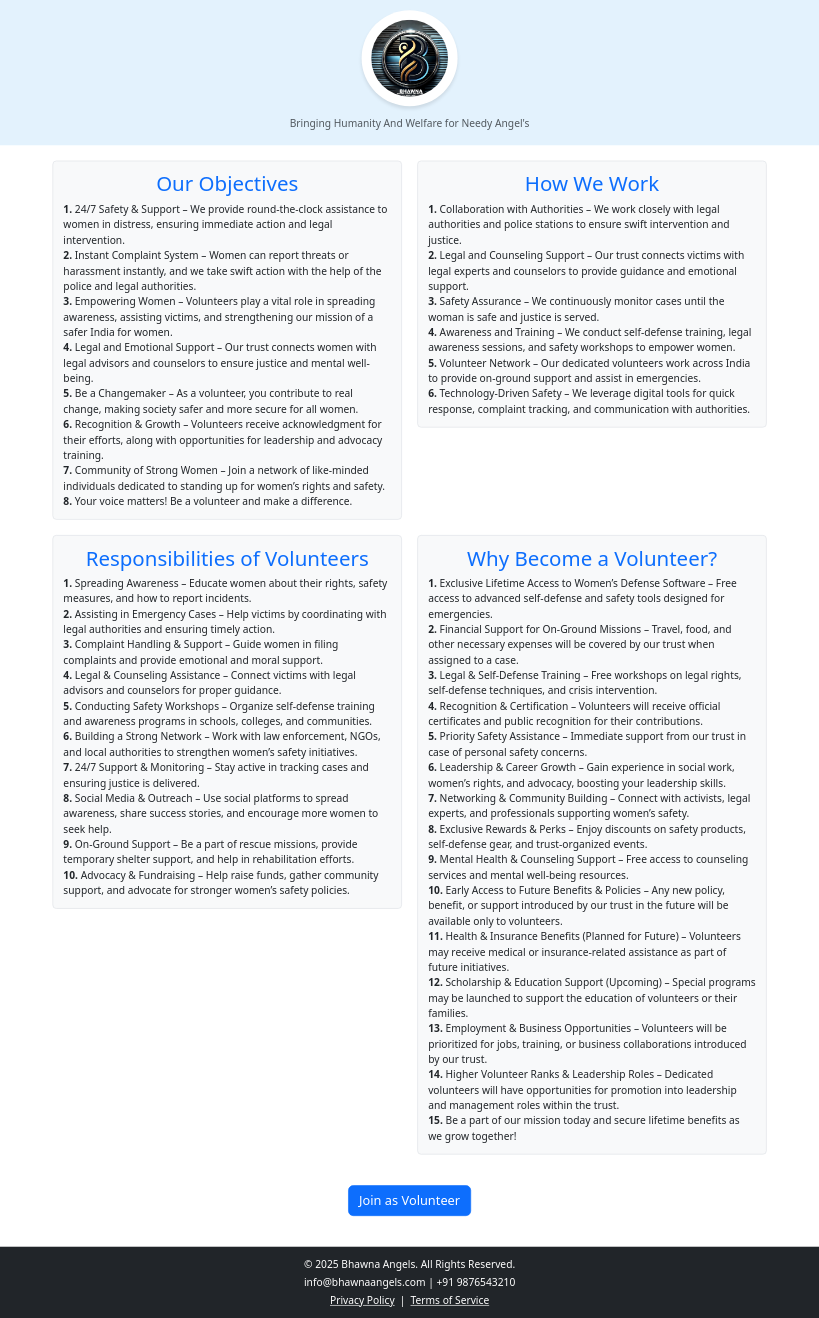
Repository: cloudwithbhawna/trust
Page: / (app in react/)
These files come from the project's save history. The page is drawn as it stood at one moment and after the next save; the edit follows.
The browser window is 1280 px wide. The pictures show the whole page, at 64% of full size.
The project was rebuilt for these pictures with package versions that can differ from the ones it lists, and the page was loaded fresh each time. Also part of the build but not shown: react/vite.config.js, react/src/index.css, react/src/pages/RegistrationPage.jsx.

Above is the page before, as saved 2025-03-08 22:48:51.

### react/src/App.jsx
import React from "react";
import { BrowserRouter as Router, Route, Routes } from "react-router-dom";
import "bootstrap/dist/css/bootstrap.min.css";
import Navbar from "./components/Navbar";
import HomePage from "./pages/HomePage";
import RegistrationPage from "./pages/RegistrationPage";
import Footer from "./components/Footer";
// import About from "./pages/About";
// import Contact from "./pages/Contact";

const App = () => {
  return (
    <Router>
      <Navbar />
      <Routes>
        <Route path="/" element={<HomePage />} />
        <Route path="/register" element={<RegistrationPage />} />
        {/* <Route path="/about" element={<About />} />
        <Route path="/contact" element={<Contact />} /> */}
      </Routes>
      <Footer/>
    </Router>
  );
};

export default App;

### react/src/components/Navbar.jsx
import React from "react";
import { Navbar as BootstrapNavbar, Nav, Container } from "react-bootstrap";
import logo from '../assets/poster/logo.jpg';

const Navbar = () => {
  return (
    <BootstrapNavbar expand="lg" className="py-3" style={{ backgroundColor: "#e3f2fd" }}>
      <Container className="d-flex flex-column align-items-center">
        {/* Logo Section */}
        <div className="d-flex flex-column align-items-center text-center">
          <div
            style={{
              width: "150px",
              height: "150px",
              borderRadius: "50%",
              backgroundColor: "#fff",
              display: "flex",
              alignItems: "center",
              justifyContent: "center",
              boxShadow: "0 4px 6px rgba(0,0,0,0.1)",
              marginBottom: "10px"
            }}
          >
            <img
              src={logo}
              alt="Logo"
              style={{
                width: "80%",
                height: "80%",
                borderRadius: "50%",
                objectFit: "cover"
              }}
            />
          </div>
          <h6 className="text-muted mt-2">Bringing Humanity And Welfare for Needy Angel's</h6>
        </div>
      </Container>
    </BootstrapNavbar>
  );
};

export default Navbar;

### react/src/pages/HomePage.jsx
import React from 'react';
import 'bootstrap/dist/css/bootstrap.min.css';

const HomePage = () => {
  // Static content
  const content = {
    objectives: [
      "24/7 Safety & Support – We provide round-the-clock assistance to women in distress, ensuring immediate action and legal intervention.",
      "Instant Complaint System – Women can report threats or harassment instantly, and we take swift action with the help of the police and legal authorities.",
      "Empowering Women – Volunteers play a vital role in spreading awareness, assisting victims, and strengthening our mission of a safer India for women.",
      "Legal and Emotional Support – Our trust connects women with legal advisors and counselors to ensure justice and mental well-being.",
      "Be a Changemaker – As a volunteer, you contribute to real change, making society safer and more secure for all women.",
      "Recognition & Growth – Volunteers receive acknowledgment for their efforts, along with opportunities for leadership and advocacy training.",
      "Community of Strong Women – Join a network of like-minded individuals dedicated to standing up for women’s rights and safety.",
      "Your voice matters! Be a volunteer and make a difference."
    ],
    how_we_work: [
      "Collaboration with Authorities – We work closely with legal authorities and police stations to ensure swift intervention and justice.",
      "Legal and Counseling Support – Our trust connects victims with legal experts and counselors to provide guidance and emotional support.",
      "Safety Assurance – We continuously monitor cases until the woman is safe and justice is served.",
      "Awareness and Training – We conduct self-defense training, legal awareness sessions, and safety workshops to empower women.",
      "Volunteer Network – Our dedicated volunteers work across India to provide on-ground support and assist in emergencies.",
      "Technology-Driven Safety – We leverage digital tools for quick response, complaint tracking, and communication with authorities."
    ],
    responsibilities: [
      "Spreading Awareness – Educate women about their rights, safety measures, and how to report incidents.",
      "Assisting in Emergency Cases – Help victims by coordinating with legal authorities and ensuring timely action.",
      "Complaint Handling & Support – Guide women in filing complaints and provide emotional and moral support.",
      "Legal & Counseling Assistance – Connect victims with legal advisors and counselors for proper guidance.",
      "Conducting Safety Workshops – Organize self-defense training and awareness programs in schools, colleges, and communities.",
      "Building a Strong Network – Work with law enforcement, NGOs, and local authorities to strengthen women’s safety initiatives.",
      "24/7 Support & Monitoring – Stay active in tracking cases and ensuring justice is delivered.",
      "Social Media & Outreach – Use social platforms to spread awareness, share success stories, and encourage more women to seek help.",
      "On-Ground Support – Be a part of rescue missions, provide temporary shelter support, and help in rehabilitation efforts.",
      "Advocacy & Fundraising – Help raise funds, gather community support, and advocate for stronger women’s safety policies."
    ],
    why_volunteer: [
      "Exclusive Lifetime Access to Women’s Defense Software – Free access to advanced self-defense and safety tools designed for emergencies.",
      "Financial Support for On-Ground Missions – Travel, food, and other necessary expenses will be covered by our trust when assigned to a case.",
      "Legal & Self-Defense Training – Free workshops on legal rights, self-defense techniques, and crisis intervention.",
      "Recognition & Certification – Volunteers will receive official certificates and public recognition for their contributions.",
      "Priority Safety Assistance – Immediate support from our trust in case of personal safety concerns.",
      "Leadership & Career Growth – Gain experience in social work, women’s rights, and advocacy, boosting your leadership skills.",
      "Networking & Community Building – Connect with activists, legal experts, and professionals supporting women’s safety.",
      "Exclusive Rewards & Perks – Enjoy discounts on safety products, self-defense gear, and trust-organized events.",
      "Mental Health & Counseling Support – Free access to counseling services and mental well-being resources.",
      "Early Access to Future Benefits & Policies – Any new policy, benefit, or support introduced by our trust in the future will be available only to volunteers.",
      "Health & Insurance Benefits (Planned for Future) – Volunteers may receive medical or insurance-related assistance as part of future initiatives.",
      "Scholarship & Education Support (Upcoming) – Special programs may be launched to support the education of volunteers or their families.",
      "Employment & Business Opportunities – Volunteers will be prioritized for jobs, training, or business collaborations introduced by our trust.",
      "Higher Volunteer Ranks & Leadership Roles – Dedicated volunteers will have opportunities for promotion into leadership and management roles within the trust.",
      "Be a part of our mission today and secure lifetime benefits as we grow together!"
    ]
  };

  // Function to format text with numbered points
  const formatWithNumbers = (list) => {
    return list.map((item, index) => (
      <div key={index}>
        <b>{index + 1}. </b> {item}
      </div>
    ));
  };

  return (
    <div className="container mt-4">
      <div className="row">
        <div className="col-md-6 mb-4">
          <section className="p-3 border rounded bg-light">
            <h2 className="text-primary text-center">Our Objectives</h2>
            {formatWithNumbers(content.objectives)}
          </section>
        </div>
        <div className="col-md-6 mb-4">
          <section className="p-3 border rounded bg-light">
            <h2 className="text-primary text-center">How We Work</h2>
            {formatWithNumbers(content.how_we_work)}
          </section>
        </div>
        <div className="col-md-6 mb-4">
          <section className="p-3 border rounded bg-light">
            <h2 className="text-primary text-center">Responsibilities of Volunteers</h2>
            {formatWithNumbers(content.responsibilities)}
          </section>
        </div>
        <div className="col-md-6 mb-4">
          <section className="p-3 border rounded bg-light">
            <h2 className="text-primary text-center">Why Become a Volunteer?</h2>
            {formatWithNumbers(content.why_volunteer)}
          </section>
        </div>
      </div>

      {/* Join as Volunteer Button */}
      <div className="text-center mt-4">
        <button className="btn btn-primary btn-lg">Join as Volunteer</button>
      </div>
    </div>
  );
};

export default HomePage;

### react/src/components/Footer.jsx
import React from "react";
import "bootstrap/dist/css/bootstrap.min.css";

const Footer = () => {
  return (
    <footer className="bg-dark text-white text-center py-3 mt-5">
      <div className="container">
        <p className="mb-1">© 2025 Bhawna Angels. All Rights Reserved.</p>
        <p className="mb-1">
          <a href="mailto:info@bhawnaangels.com" className="text-white text-decoration-none">
            info@bhawnaangels.com
          </a>{" "}
          | +91 9876543210
        </p>
        <div>
          <a href="#" className="text-white mx-2">
            Privacy Policy
          </a>
          |
          <a href="#" className="text-white mx-2">
            Terms of Service
          </a>
        </div>
      </div>
    </footer>
  );
};

export default Footer;

Loaded but not shown: react/index.html (common file); react/src/main.jsx (common file)

After the next save:
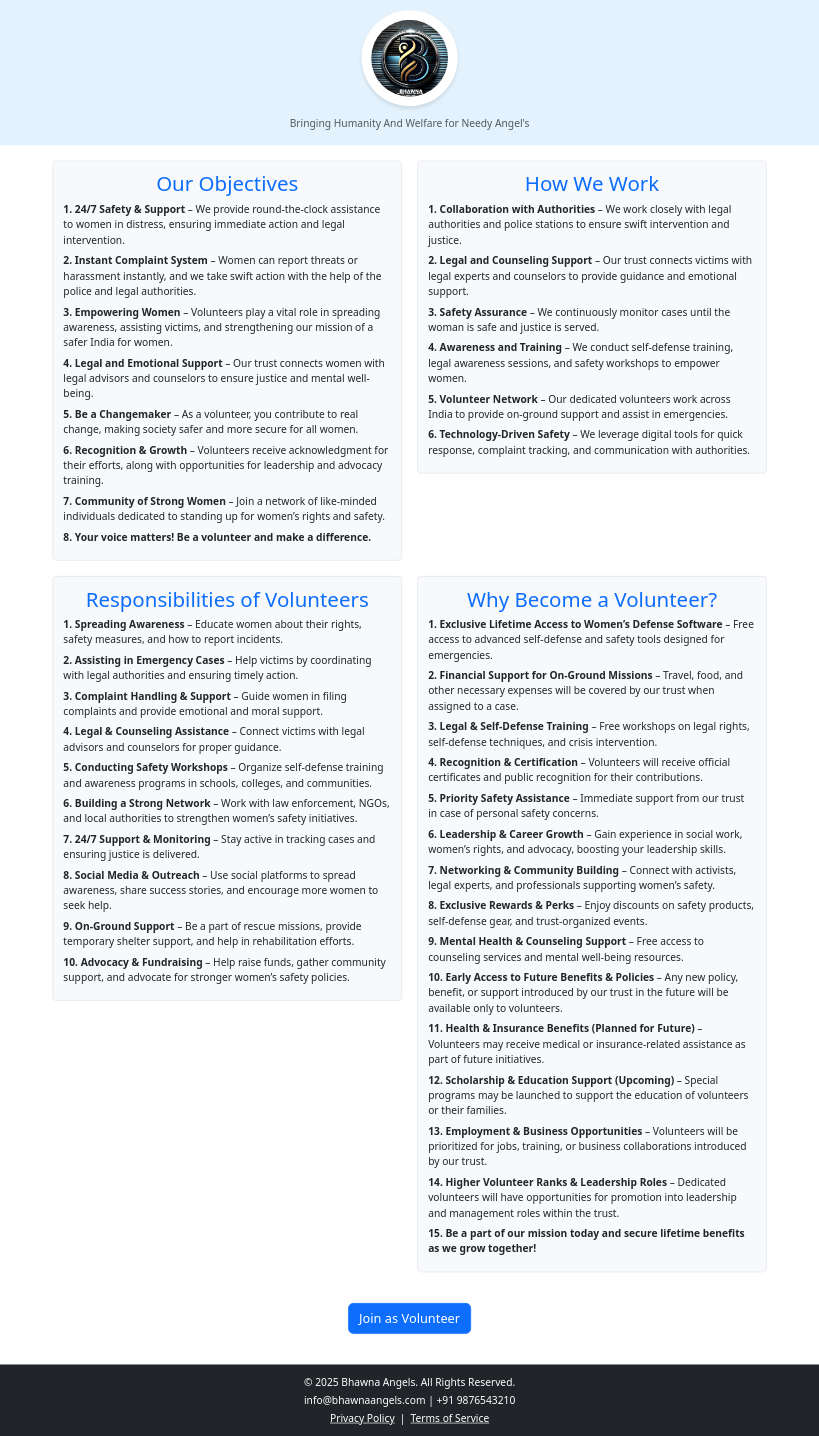
Saved 2 min 20 s later.
--- a/react/src/pages/HomePage.jsx
+++ b/react/src/pages/HomePage.jsx
@@ -53,13 +53,17 @@ const HomePage = () => {
     ]
   };
 
-  // Function to format text with numbered points
+  // Function to format text with bold numbered points
   const formatWithNumbers = (list) => {
-    return list.map((item, index) => (
-      <div key={index}>
-        <b>{index + 1}. </b> {item}
-      </div>
-    ));
+    return list.map((item, index) => {
+      // Split the first phrase (before '–') and the remaining text
+      const parts = item.split(" – ");
+      return (
+        <div key={index} className="mb-2">
+          <b>{index + 1}. {parts[0]}</b>{parts[1] ? ` – ${parts[1]}` : ""}
+        </div>
+      );
+    });
   };
 
   return (
